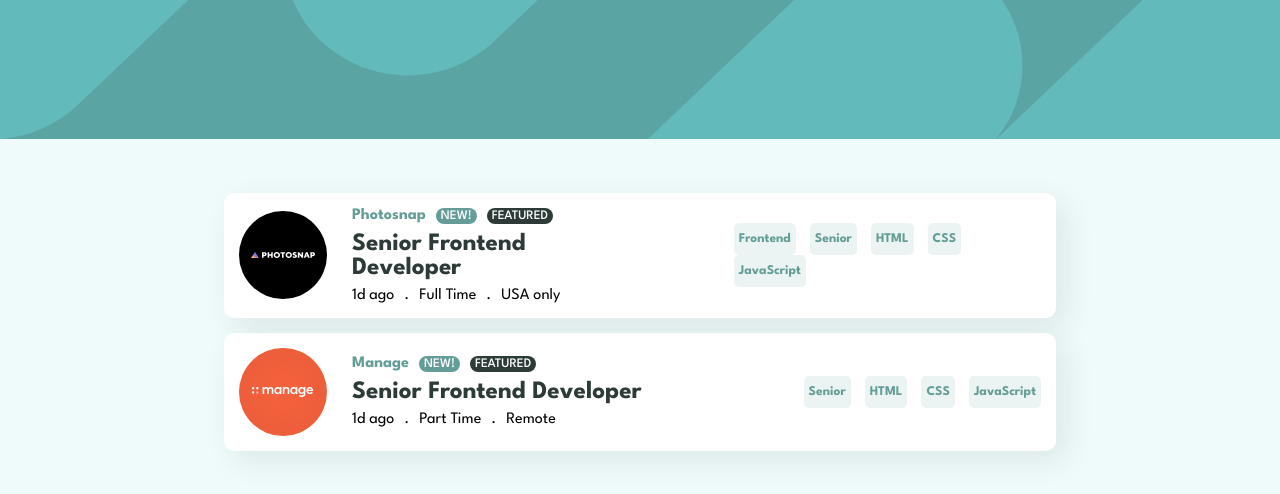
Repository: Eldream12/JobListing
Page: index.html
These files come from the project's save history. The page is drawn as it stood at one moment and after the next save; the edit follows.
The browser window is 1280 px wide. The pictures show the whole page.

Above is the page before, as saved 2025-03-31 21:54:53.

### index.html
<!DOCTYPE html>
<html lang="en">
	<head>
		<meta charset="UTF-8" />
		<meta name="viewport" content="width=device-width, initial-scale=1.0" />
		<title>Job Listing</title>
		<link rel="stylesheet" href="style/style.css" />
	</head>

	<body>
		<header>
			<div>
				<img src="Images/bg-header-desktop.svg" alt="NavHeader" />
			</div>
		</header>

		<main>
			<div class="content-carrier">
				<div class="content">
					<div class="ctn">
						<img src="Images/photosnap.svg" alt="photosnap" />
						<div class="content-text">
							<div class="txt-1">
								<h4>Photosnap</h4>
								<div class="btn-1">
									<button>NEW!</button>
								</div>
								<div class="btn-2">
									<button>FEATURED</button>
								</div>
							</div>
							<div class="txt-2">
								<h2>Senior Frontend Developer</h2>
							</div>
							<div class="txt-3">
								<p>1d ago</p>
								<p>.</p>
								<p>Full Time</p>
								<p>.</p>
								<p>USA only</p>
							</div>
						</div>
					</div>

					<div class="btn">
						<button>Frontend</button>
						<button>Senior</button>
						<button>HTML</button>
						<button>CSS</button>
						<button>JavaScript</button>
					</div>
				</div>

				<div class="content">
					<div class="ctn">
						<img src="Images/manage.svg" alt="photosnap" />
						<div class="content-text">
							<div class="txt-1">
								<h4>Manage</h4>
								<div class="btn-1">
									<button>NEW!</button>
								</div>
								<div class="btn-2">
									<button>FEATURED</button>
								</div>
							</div>
							<div class="txt-2">
								<h2>Senior Frontend Developer</h2>
							</div>
							<div class="txt-3">
								<p>1d ago</p>
								<p>.</p>
								<p>Part Time</p>
								<p>.</p>
								<p>Remote</p>
							</div>
						</div>
					</div>

					<div class="btn">
						<!-- <button>Frontend</button> -->
						<button>Senior</button>
						<button>HTML</button>
						<button>CSS</button>
						<button>JavaScript</button>
					</div>
				</div>
			</div>
		</main>
		<footer></footer>
	</body>
</html>

### style/style.css
@import url("https://fonts.googleapis.com/css2?family=League+Spartan:wght@100..900&display=swap");

* {
	font-family: League Spartan;
	margin: 0;
	padding: 0;
	box-sizing: border-box;
}

html body {
	background-color: hsl(180, 52%, 96%);
}

header img {
	width: 100%;
	background-color: hsl(180, 29%, 50%);
	margin-bottom: 50px;
}

.content-carrier .content {
	display: flex;
	background-color: #ffffff;
	align-items: center;
	justify-content: space-between;
	max-width: 65%;
	margin: auto;
	padding: 15px 15px 15px 15px;
	gap: 90px;
	border-radius: 10px;
	box-shadow: #2c3b3817 10px 10px 30px;
	margin-bottom: 15px;
}

.content-carrier .content .txt-1 {
	display: flex;
}

.content-carrier .content .txt-3 {
	display: flex;
}

.content-carrier .content .ctn {
	display: flex;
	align-items: center;
}

.content .ctn img {
	margin-right: 25px;
}

.content .btn button {
	background-color: #ebf4f3;
	border: none;
	padding: 10px 5px 10px 5px;
	border-radius: 5px;
	color: #649d97;
	font-weight: 700;
	margin-left: 10px;
}

.content .txt-1 h4 {
	color: #649d97;
}

.content .txt-1 .btn-1 button {
	background-color: #649d97;
}

.content .txt-1 .btn-2 button {
	background-color: #2c3b38;
}

.content .txt-1 button {
	font-size: 13px;
	font-weight: 500;
	color: #ffffff;
	border: none;
	padding: 2px 5px 2px 5px;
	border-radius: 10px;
	margin-left: 10px;
}

.content .txt-2 h2 {
	margin: 8px 0 8px 0;
	font-size: 25px;
	color: #2c3b38;
}

.content .txt-3 p {
	margin-right: 10px;
}

After the next save:
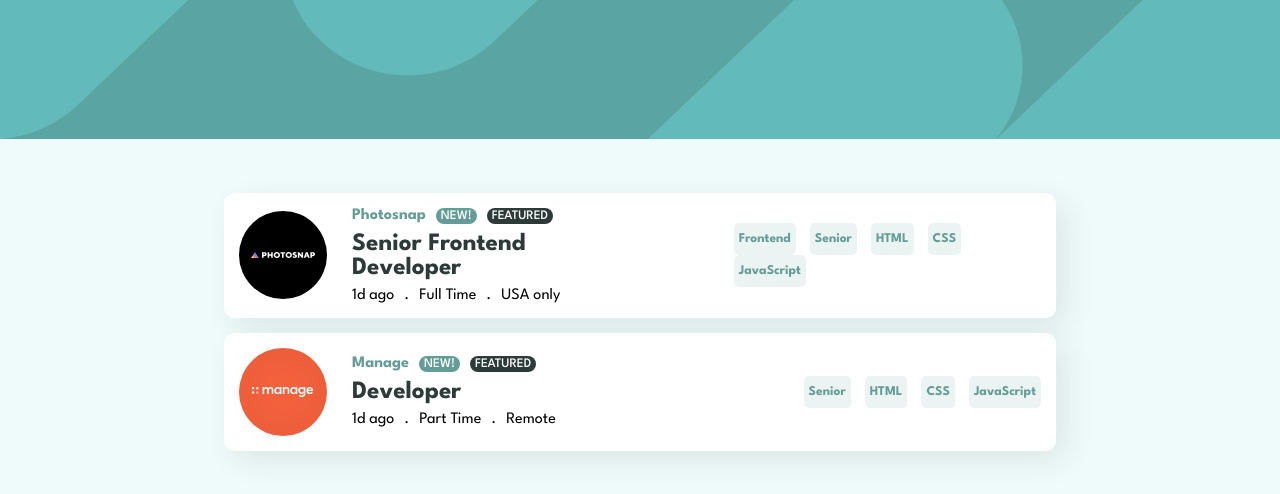
Saved 103 s later.
--- a/index.html
+++ b/index.html
@@ -65,7 +65,7 @@
 								</div>
 							</div>
 							<div class="txt-2">
-								<h2>Senior Frontend Developer</h2>
+								<h2> Developer</h2>
 							</div>
 							<div class="txt-3">
 								<p>1d ago</p>
